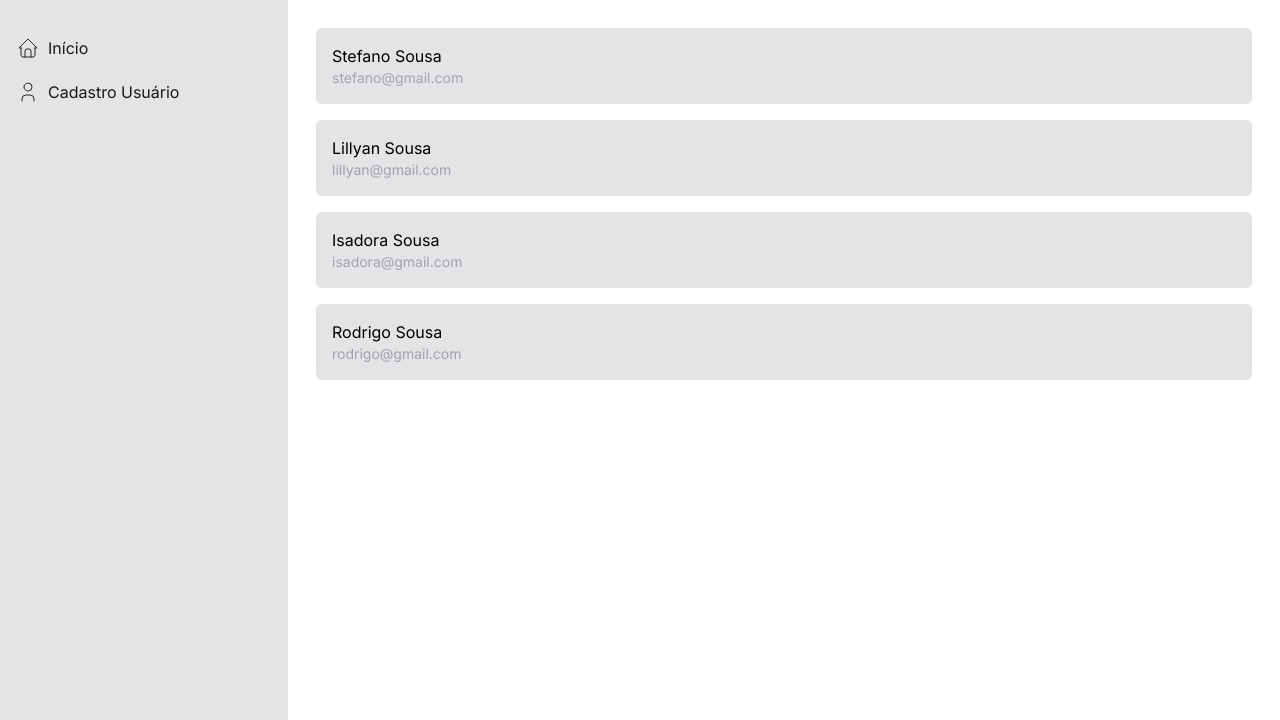
Repository: stefanosousaa/app-bd
Page: /usuarios
An editor plug-in stored every save of this project. The page is shown before and after the next save, followed by the edit.
The browser window is 1280 px wide. The pictures show the whole page.
The project was rebuilt for these pictures with package versions that can differ from the ones it lists, and the page was loaded fresh each time. The framework's server and built-in components were replaced by stand-ins that run in the browser. Also part of the build but not shown: next.config.mjs.

Above is the page before, as saved 2024-05-25 23:36:20.

After the next save:
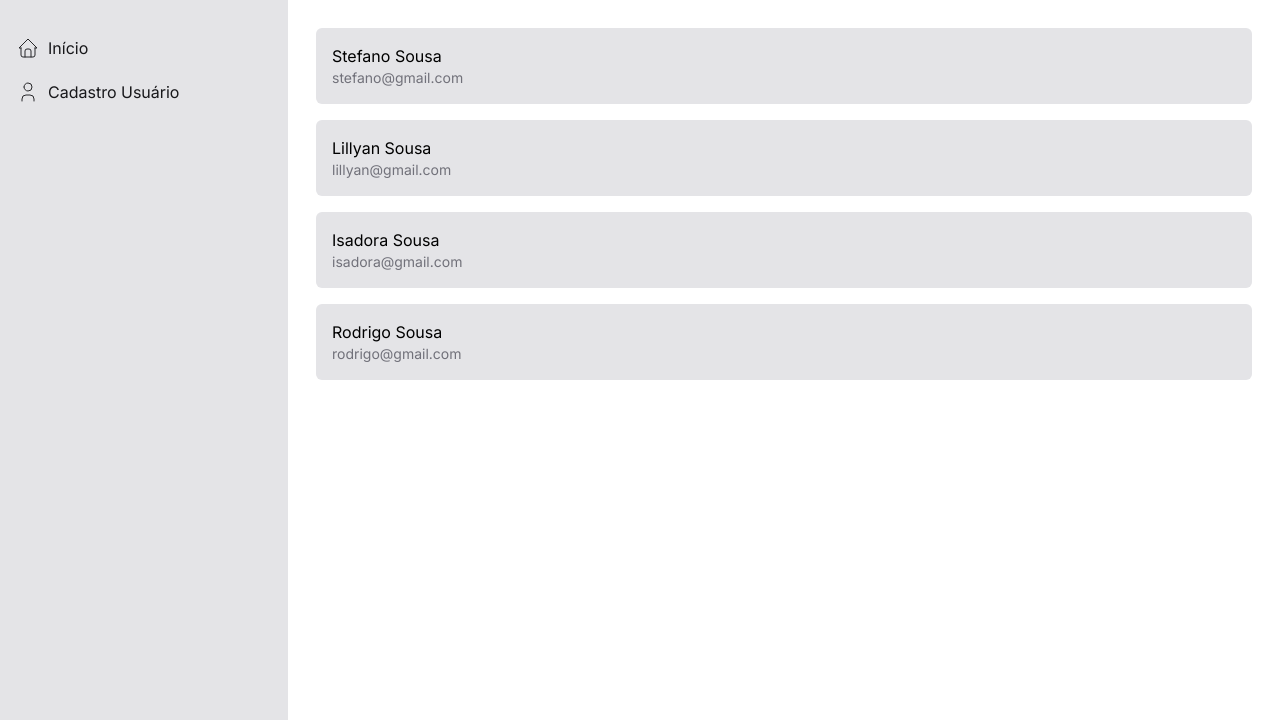
Saved 17 s later.
--- a/src/app/components/usuario/LinhaUsuario.tsx
+++ b/src/app/components/usuario/LinhaUsuario.tsx
@@ -9,7 +9,7 @@ export default function LinhaUsuario(props: LinhaUsuarioProps){
         <div className="flex p-4 bg-zinc-200 rounded-md">
             <div className=" flex flex-col">
               <span>{props.usuario.nome}</span>
-              <span className="text-sm text-zinc-400">{props.usuario.email}</span>
+              <span className="text-sm text-zinc-500">{props.usuario.email}</span>
             </div>
 
 
